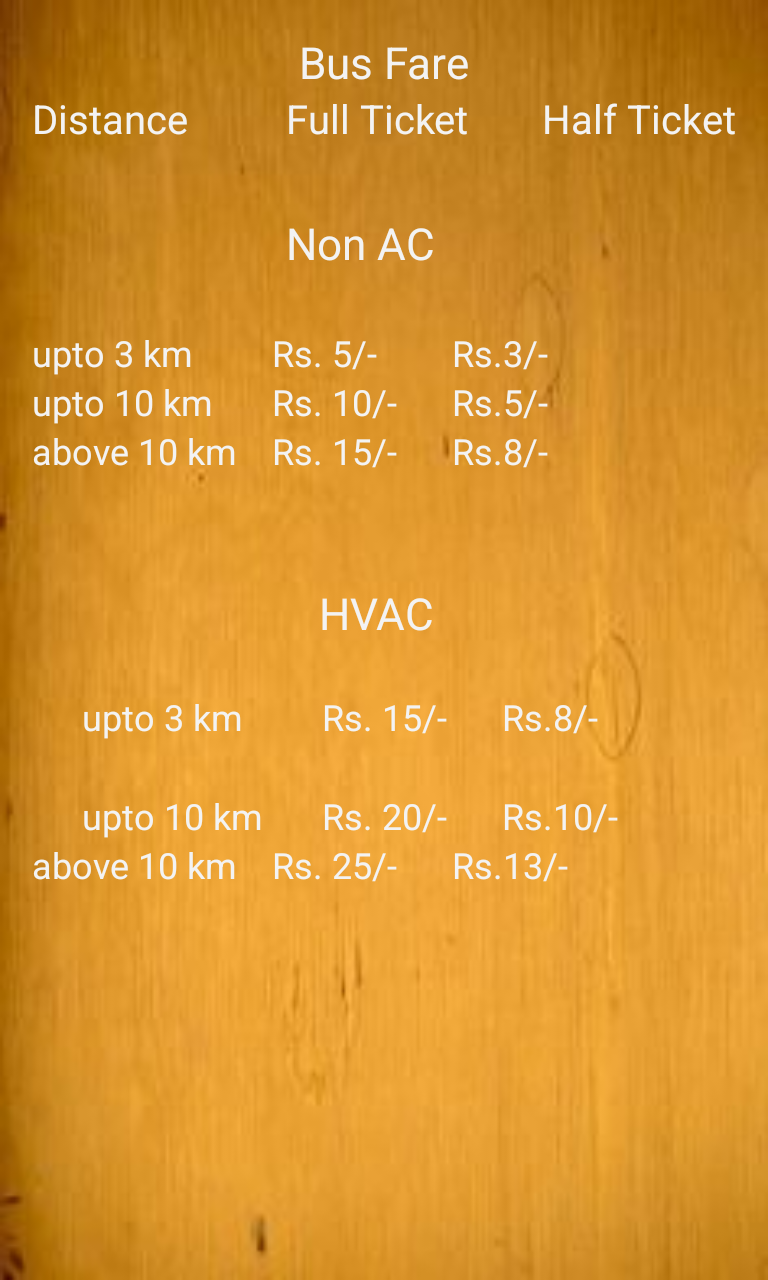
Repository: yogeshwar1996/android-app
Layout: CHD!!@BUSES/res/layout/activity_info.xml
An editor plug-in stored every save of this project. The layout is shown before and after the next save, followed by the edit.
It is drawn on a 768 x 1280 px phone screen (xhdpi) without system bars, with theme android:Theme.Holo; the app's code is not run.

Above is the layout before, as saved 2016-07-11 06:14:35.

### CHD!!@BUSES/res/layout/activity_info.xml
<RelativeLayout xmlns:android="http://schemas.android.com/apk/res/android"
    xmlns:tools="http://schemas.android.com/tools"
    android:layout_width="match_parent"
    android:layout_height="match_parent"
    android:background="@drawable/dad"
    android:paddingBottom="@dimen/activity_vertical_margin"
    android:paddingLeft="@dimen/activity_horizontal_margin"
    android:paddingRight="@dimen/activity_horizontal_margin"
    android:paddingTop="@dimen/activity_vertical_margin"
    tools:context="com.example.chdbuses.Info" >

    <TextView
        android:id="@+id/textView1"
        android:layout_width="wrap_content"
        android:layout_height="wrap_content"
        android:layout_alignParentTop="true"
        android:layout_centerHorizontal="true"
        android:text="Bus Fare"
        android:textAppearance="?android:attr/textAppearanceLarge" />

    <TextView
        android:id="@+id/textView3"
        android:layout_width="wrap_content"
        android:layout_height="wrap_content"
        android:layout_alignParentLeft="true"
        android:layout_below="@+id/textView1"
        android:text="Distance"
        android:textAppearance="?android:attr/textAppearanceLarge"
        android:textSize="20sp" />

    <TextView
        android:id="@+id/textView4"
        android:layout_width="wrap_content"
        android:layout_height="wrap_content"
        android:layout_alignBaseline="@+id/textView3"
        android:layout_alignBottom="@+id/textView3"
        android:layout_alignRight="@+id/textView1"
        android:text="Full Ticket"
        android:textAppearance="?android:attr/textAppearanceLarge"
        android:textSize="20sp" />

    <TextView
        android:id="@+id/textView5"
        android:layout_width="wrap_content"
        android:layout_height="wrap_content"
        android:layout_alignBaseline="@+id/textView4"
        android:layout_alignBottom="@+id/textView4"
        android:layout_alignParentRight="true"
        android:text="Half Ticket"
        android:textAppearance="?android:attr/textAppearanceLarge"
        android:textSize="20sp" />

    <TextView
        android:id="@+id/textView6"
        android:layout_width="match_parent"
        android:layout_height="wrap_content"
        android:layout_below="@+id/textView2"
        android:layout_marginTop="28dp"
        android:text="upto 3 km 				Rs. 5/-				Rs.3/-"
        android:textAppearance="?android:attr/textAppearanceMedium" />

    <TextView
        android:id="@+id/TextView01"
        android:layout_width="match_parent"
        android:layout_height="wrap_content"
        android:layout_alignLeft="@+id/textView6"
        android:layout_below="@+id/textView6"
        android:text="upto 10 km 			Rs. 10/-			Rs.5/-"
        android:textAppearance="?android:attr/textAppearanceMedium" />

    <TextView
        android:id="@+id/TextView02"
        android:layout_width="match_parent"
        android:layout_height="wrap_content"
        android:layout_alignLeft="@+id/TextView01"
        android:layout_below="@+id/TextView01"
        android:text="above 10 km 		Rs. 15/-			Rs.8/-"
        android:textAppearance="?android:attr/textAppearanceMedium" />

    <TextView
        android:id="@+id/textView2"
        android:layout_width="wrap_content"
        android:layout_height="wrap_content"
        android:layout_alignLeft="@+id/textView4"
        android:layout_below="@+id/textView4"
        android:layout_marginTop="34dp"
        android:text="Non AC"
        android:textAppearance="?android:attr/textAppearanceLarge" />

    <TextView
        android:id="@+id/TextView05"
        android:layout_width="match_parent"
        android:layout_height="wrap_content"
        android:layout_alignParentBottom="true"
        android:layout_below="@id/TextView04"
        android:layout_marginBottom="24dp"
        android:text="above 10 km 		Rs. 25/-			Rs.13/-"
        android:textAppearance="?android:attr/textAppearanceMedium" />

    <TextView
        android:id="@+id/TextView03"
        android:layout_width="wrap_content"
        android:layout_height="wrap_content"
        android:layout_alignRight="@+id/textView2"
        android:layout_below="@+id/TextView02"
        android:layout_marginTop="54dp"
        android:text="HVAC"
        android:textAppearance="?android:attr/textAppearanceLarge" />

    <TextView
        android:id="@+id/TextView06"
        android:layout_width="match_parent"
        android:layout_height="wrap_content"
        android:layout_alignLeft="@+id/TextView05"
        android:layout_below="@+id/TextView03"
        android:layout_marginBottom="25dp"
        android:layout_marginLeft="25dp"
        android:layout_marginRight="25dp"
        android:layout_marginTop="25dp"
        android:text="upto 3 km 				Rs. 15/-			Rs.8/-"
        android:textAppearance="?android:attr/textAppearanceMedium" />

    <TextView
        android:id="@+id/TextView04"
        android:layout_width="match_parent"
        android:layout_height="wrap_content"
        android:layout_alignLeft="@+id/TextView06"
        android:layout_below="@+id/TextView06"
        android:text="upto 10 km 			Rs. 20/-			Rs.10/-"
        android:textAppearance="?android:attr/textAppearanceMedium" />

</RelativeLayout>

### CHD!!@BUSES/res/values/dimens.xml
<?xml version="1.0" encoding="utf-8"?>
<resources>

    <!-- Default screen margins, per the Android Design guidelines. -->
    <dimen name="activity_horizontal_margin">16dp</dimen>
    <dimen name="activity_vertical_margin">16dp</dimen>
    <dimen name="navigation_drawer_width">240dp</dimen>

</resources>

Loaded but not shown: CHD!!@BUSES/res/values-w820dp/dimens.xml (common file)

After the next save:
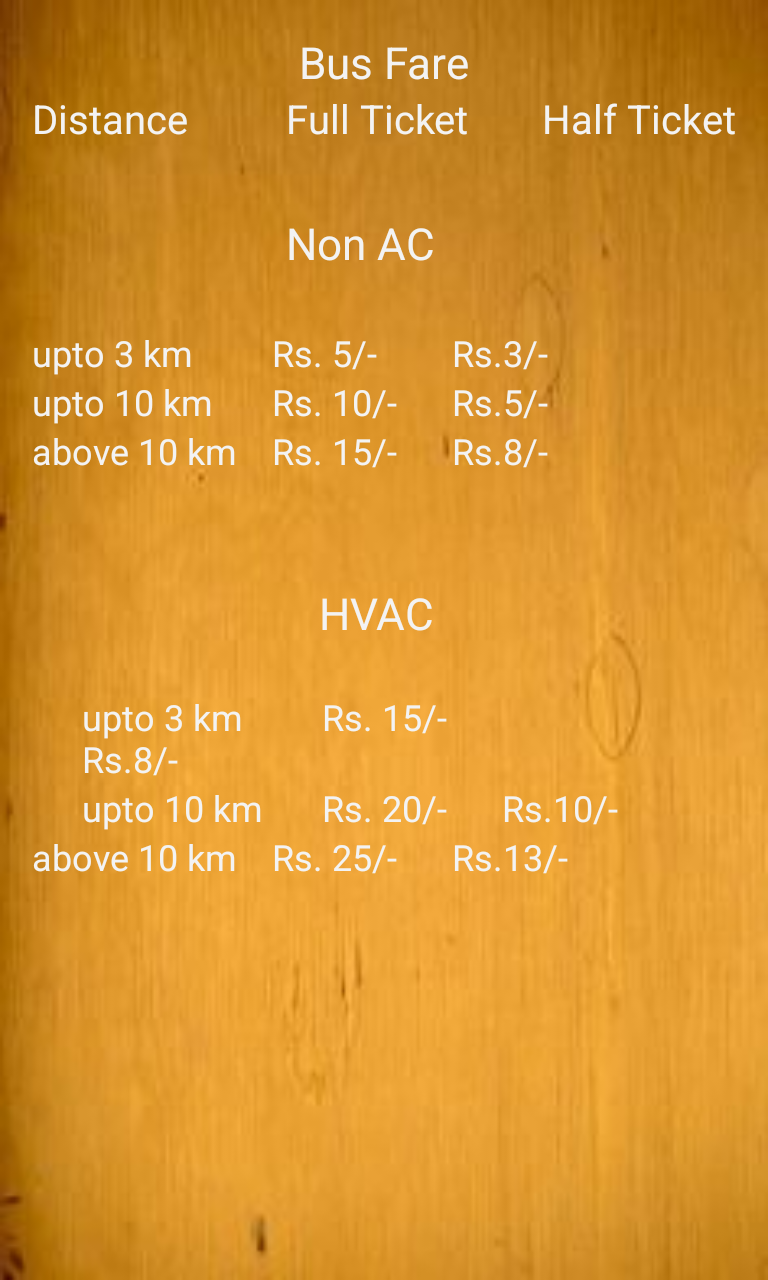
Saved 33 s later.
--- a/CHD!!@BUSES/res/layout/activity_info.xml
+++ b/CHD!!@BUSES/res/layout/activity_info.xml
@@ -113,11 +113,10 @@
         android:layout_height="wrap_content"
         android:layout_alignLeft="@+id/TextView05"
         android:layout_below="@+id/TextView03"
-        android:layout_marginBottom="25dp"
         android:layout_marginLeft="25dp"
         android:layout_marginRight="25dp"
         android:layout_marginTop="25dp"
-        android:text="upto 3 km 				Rs. 15/-			Rs.8/-"
+        android:text="upto 3 km 				Rs. 15/-								Rs.8/-"
         android:textAppearance="?android:attr/textAppearanceMedium" />
 
     <TextView
